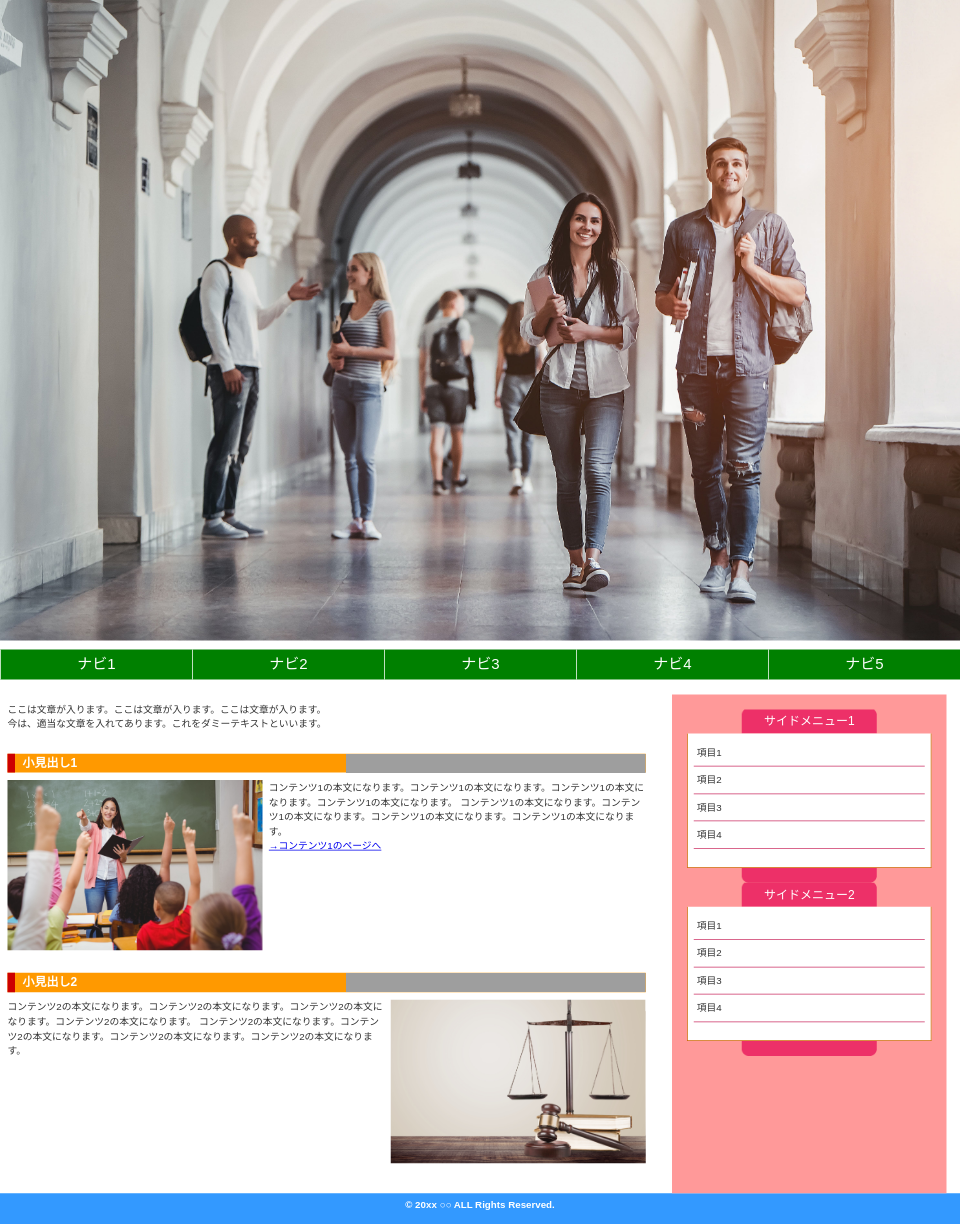
Repository: HopwWeb/samurai_HTML-CSS
Page: home.html
The author's editor kept a record of every edit. The page is drawn from the files as they stood at one moment, then again after the next edit.
The browser window is 1280 px wide. The pictures show the whole page, at 75% of full size.
Pictures or frames that could not be fetched are drawn as grey boxes.

Above is the page before.

After the next edit:
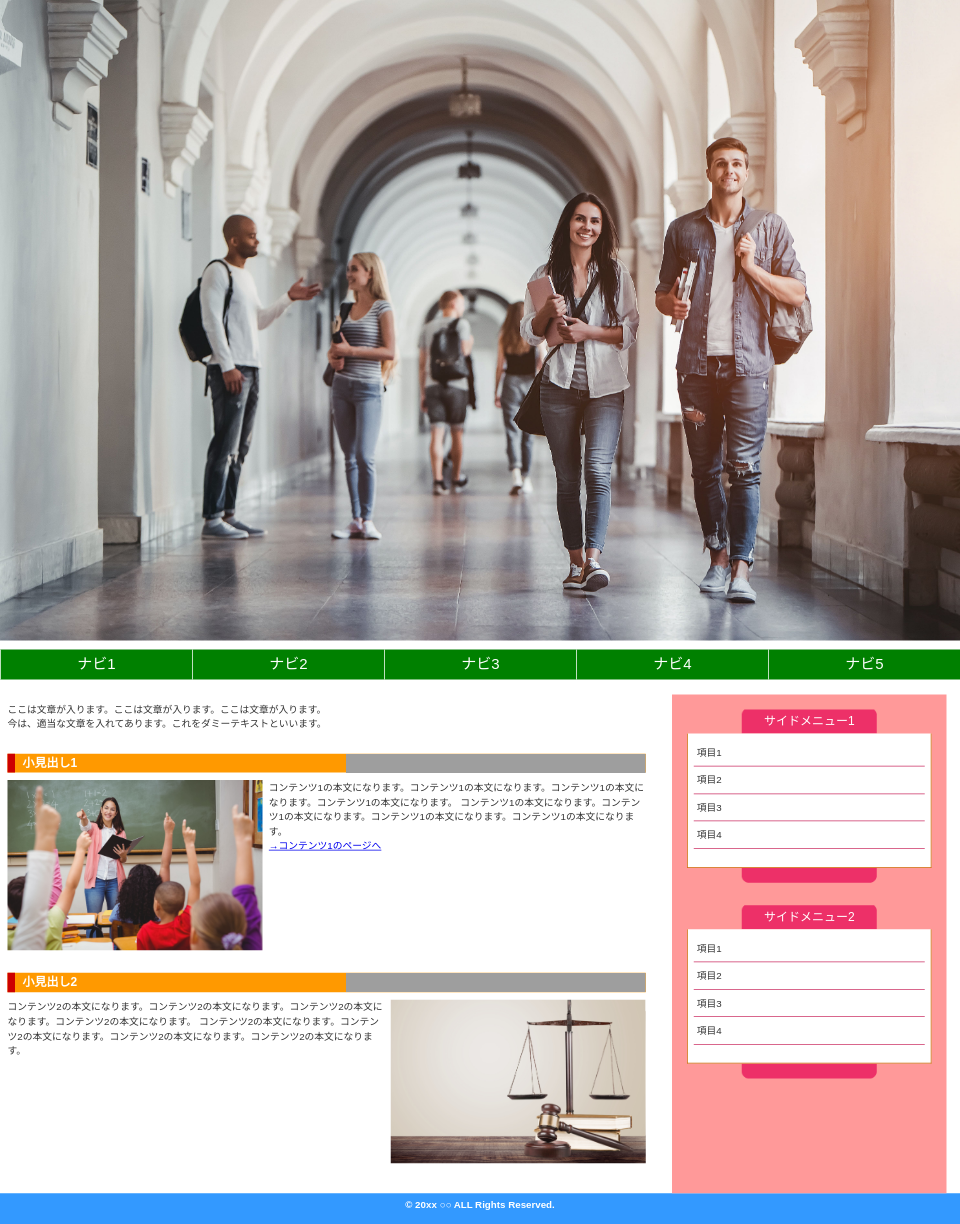
The edit:
--- a/stylesheet.css
+++ b/stylesheet.css
@@ -141,7 +141,7 @@
       background-color: #F99;
 }
 #side .box {
-      margin: 0 auto 30 auto;
+      margin: 0 auto 30px auto;
       padding: 0 0 20px 0;
       background: url(images/side_box.png) bottom no-repeat;
 }
